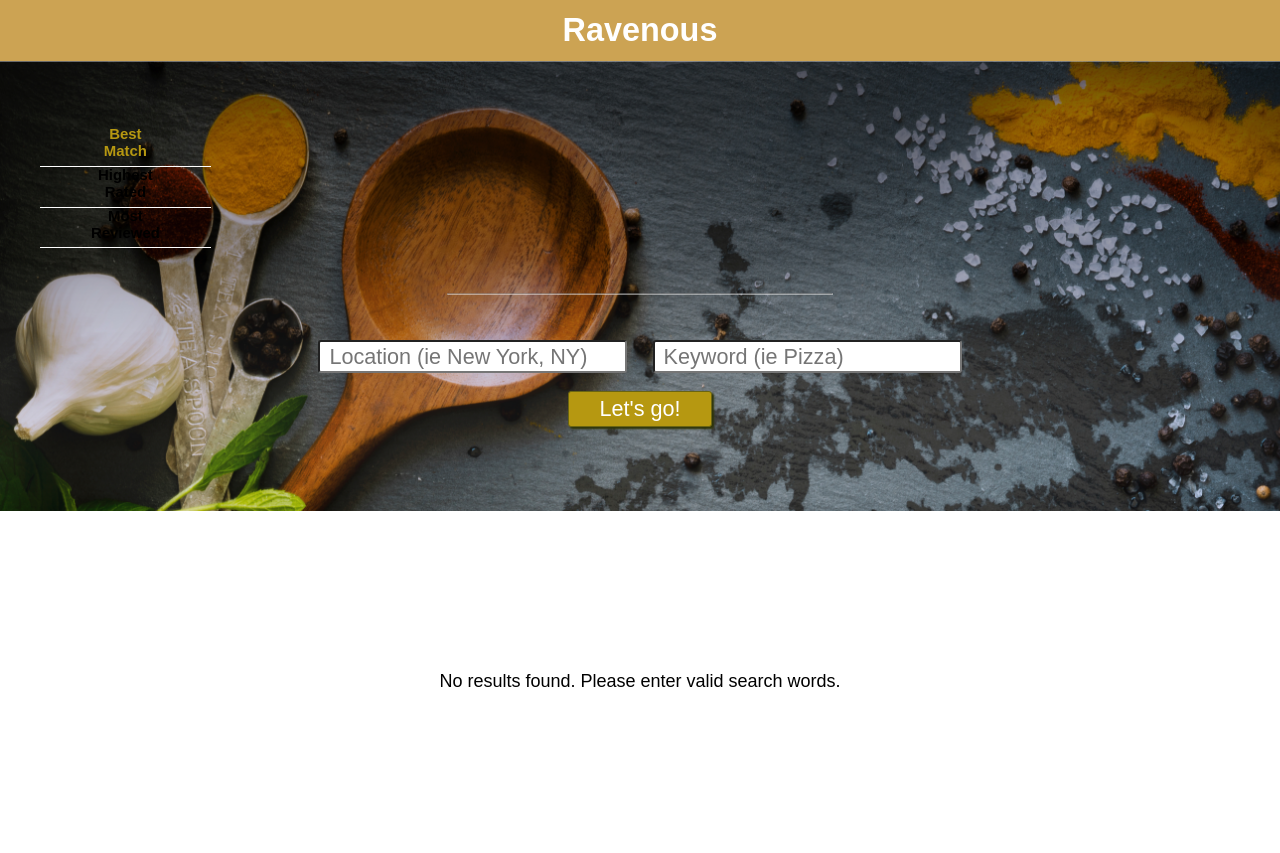
Repository: LolaSL/Ravenous
Page: /
The author's editor kept a copy of each file at every save. The page is drawn from the files as they stood at one save, then again after the next save.
The browser window is 1280 px wide. The pictures show the whole page.
The page's requests for data from a server got no answer. The project was rebuilt for these pictures with package versions that can differ from the ones it lists, and the page was loaded fresh each time. No one was signed in, and anything a server would have sent is missing. Also part of the build but not shown: src/Business/Business.js.

Above is the page before, as saved 2024-03-24 12:08:33.

After the next save:
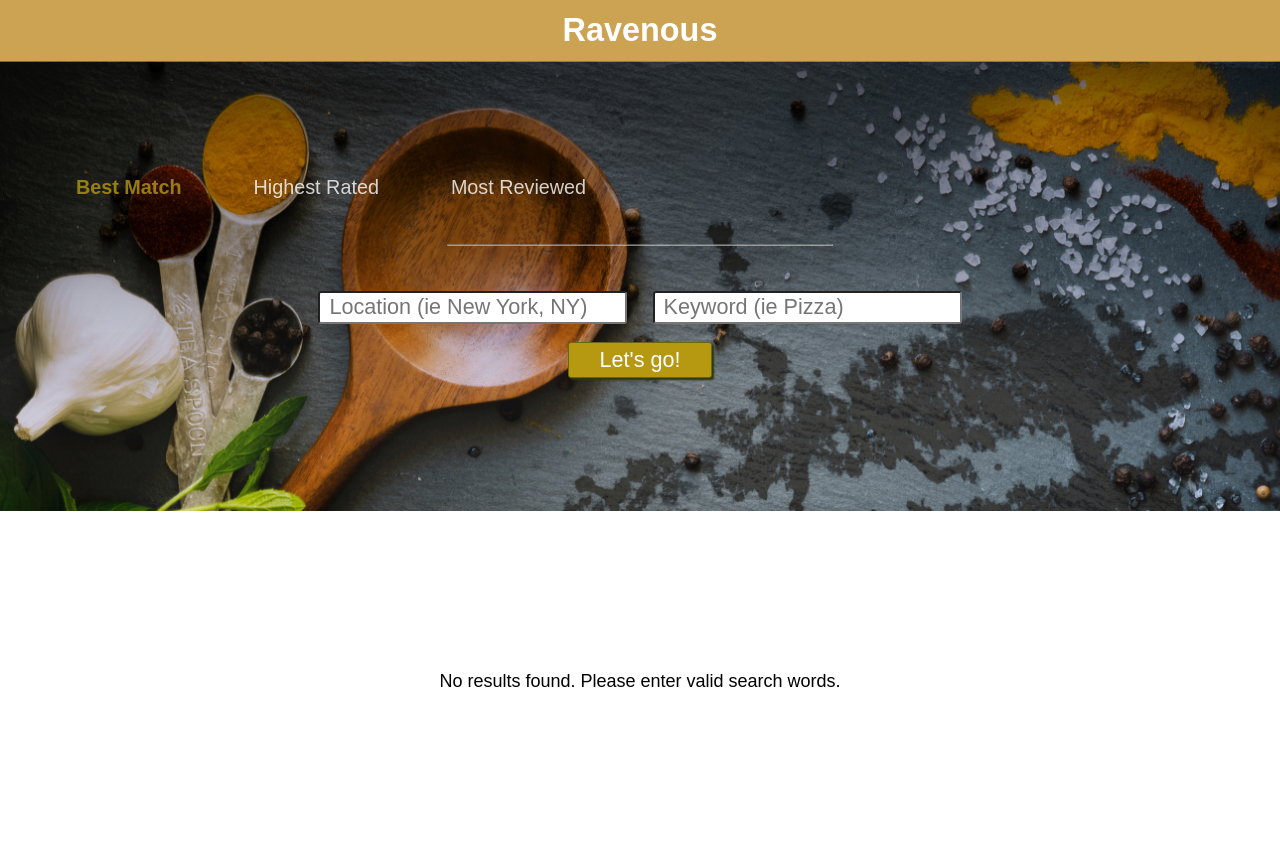
Saved 49 s later.
--- a/src/SearchBar/SearchBar.css
+++ b/src/SearchBar/SearchBar.css
@@ -16,17 +16,11 @@
 }
 
 #sort-options li {
-  cursor: pointer;
-  width: 4.33rem;
-  border-bottom: 1px solid #fff;
-  padding: 0 2.58rem 0.33rem 2.58rem;
-  line-height: 1.13;
-  text-align: center;
-  font-weight: 600;
-  font-size: 0.83rem;
-  transition: color 0.25s;
-  list-style: none;
-  color: white transparent;
+  display: inline;
+  margin: 0 2rem;
+  color: white;
+  font-size: 1.1rem;
+  opacity: 80%;
 }
 
 #sort-options li:hover {
